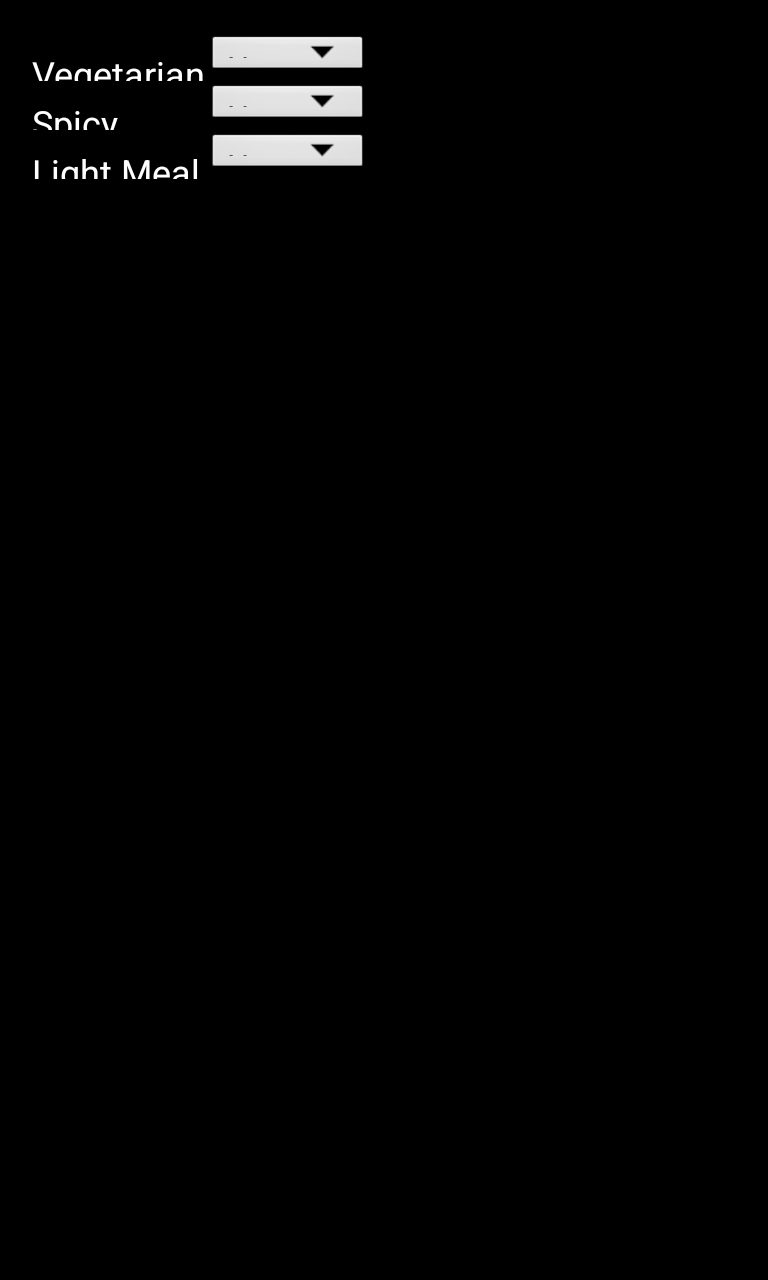
Repository: imhossu/FeedJulia
Layout: FeedJulia/res/layout/activity_survey.xml
An editor plug-in stored every save of this project. The layout is shown before and after the next save, followed by the edit.
It is drawn on a 768 x 1280 px phone screen (xhdpi) without system bars, with theme android:Theme.NoTitleBar; the app's code is not run.

Above is the layout before, as saved 2014-01-26 02:06:26.

### FeedJulia/res/layout/activity_survey.xml
<LinearLayout xmlns:tools="http://schemas.android.com/tools"
    xmlns:android="http://schemas.android.com/apk/res/android"
    android:layout_width="match_parent"
    android:layout_height="match_parent"
    android:columnCount="1"
    android:paddingBottom="@dimen/activity_vertical_margin"
    android:paddingLeft="@dimen/activity_horizontal_margin"
    android:paddingRight="@dimen/activity_horizontal_margin"
    android:paddingTop="@dimen/activity_vertical_margin"
    tools:context=".Survey" >

    <TableLayout
        android:layout_width="match_parent"
        android:layout_height="match_parent"
        android:layout_column="0"
        android:layout_gravity="left|top"
        android:layout_row="0" >

        <TableRow
            android:id="@+id/tableRow1"
            android:layout_width="wrap_content"
            android:layout_height="wrap_content" >
        </TableRow>

        <TableRow
            android:id="@+id/tableRow2"
            android:layout_width="wrap_content"
            android:layout_height="wrap_content" >

            <TextView
                android:id="@+id/TextView01"
                android:layout_width="wrap_content"
                android:layout_height="wrap_content"
                android:text="Vegetarian"
                android:textAppearance="?android:attr/textAppearanceMedium" />

            <Spinner
                android:id="@+id/Spinner01"
                android:layout_width="match_parent"
                android:layout_height="fill_parent"
                android:entries="@array/options" />
        </TableRow>

        <TableRow
            android:id="@+id/tableRow3"
            android:layout_width="wrap_content"
            android:layout_height="wrap_content" >

            <TextView
                android:id="@+id/TextView02"
                android:layout_width="wrap_content"
                android:layout_height="wrap_content"
                android:text="Spicy"
                android:textAppearance="?android:attr/textAppearanceMedium" />

            <Spinner
                android:id="@+id/Spinner02"
                android:layout_width="match_parent"
                android:layout_height="match_parent"
                android:entries="@array/options" />
        </TableRow>

        <TableRow
            android:id="@+id/tableRow4"
            android:layout_width="wrap_content"
            android:layout_height="wrap_content" >

            <TextView
                android:id="@+id/textView3"
                android:layout_width="wrap_content"
                android:layout_height="wrap_content"
                android:text="Light Meal"
                android:textAppearance="?android:attr/textAppearanceMedium" />

            <Spinner
                android:id="@+id/spinner3"
                android:layout_width="match_parent"
                android:layout_height="match_parent"
                android:entries="@array/options" />
        </TableRow>
    </TableLayout>

</LinearLayout>

### FeedJulia/res/values/strings.xml
<?xml version="1.0" encoding="utf-8"?>
<resources>

    <string name="app_name">FeedJulia</string>
    <string name="action_settings">Settings</string>
    <string name="hello_world">Hello world!</string>
    <string name="title_activity_survey">Survey</string>

    <string-array name="options">
        <item>No</item>
        <item>Neutral</item>
        <item>Yes</item>
    </string-array>

</resources>

Loaded but not shown: FeedJulia/res/values/dimens.xml (common file)

After the next save:
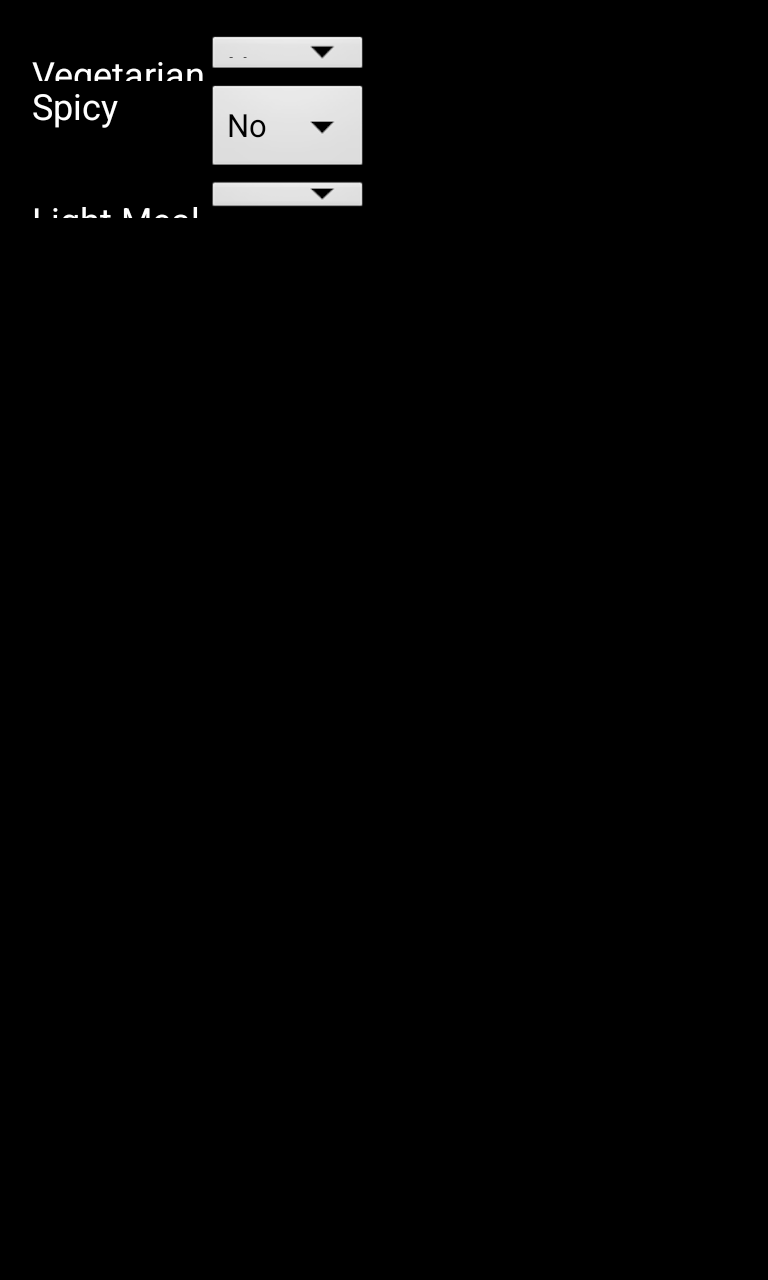
Saved 24 s later.
--- a/FeedJulia/res/layout/activity_survey.xml
+++ b/FeedJulia/res/layout/activity_survey.xml
@@ -44,12 +44,12 @@
         <TableRow
             android:id="@+id/tableRow3"
             android:layout_width="wrap_content"
-            android:layout_height="wrap_content" >
+            android:layout_height="fill_parent" >
 
             <TextView
                 android:id="@+id/TextView02"
                 android:layout_width="wrap_content"
-                android:layout_height="wrap_content"
+                android:layout_height="fill_parent"
                 android:text="Spicy"
                 android:textAppearance="?android:attr/textAppearanceMedium" />
 
@@ -68,7 +68,7 @@
             <TextView
                 android:id="@+id/textView3"
                 android:layout_width="wrap_content"
-                android:layout_height="wrap_content"
+                android:layout_height="20dip"
                 android:text="Light Meal"
                 android:textAppearance="?android:attr/textAppearanceMedium" />
 
